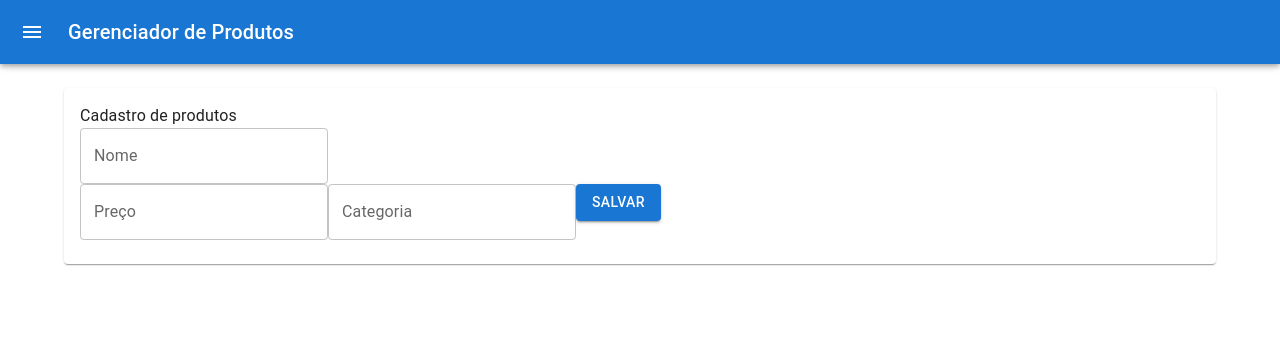
Repository: KennedyWanderson/crud-web
Page: /
These files come from the project's save history. The page is drawn as it stood at one moment and after a run of saves; the edit follows.
The browser window is 1280 px wide. The pictures show the whole page.
The project was rebuilt for these pictures with package versions that can differ from the ones it lists, and the page was loaded fresh each time. Also part of the build but not shown: src/Components/ProductList.js, src/Components/CategoryRegister.js, src/Components/CategotyList.js.

Above is the page before, as saved 2023-11-15 16:18:29.

After the next 7 saves:
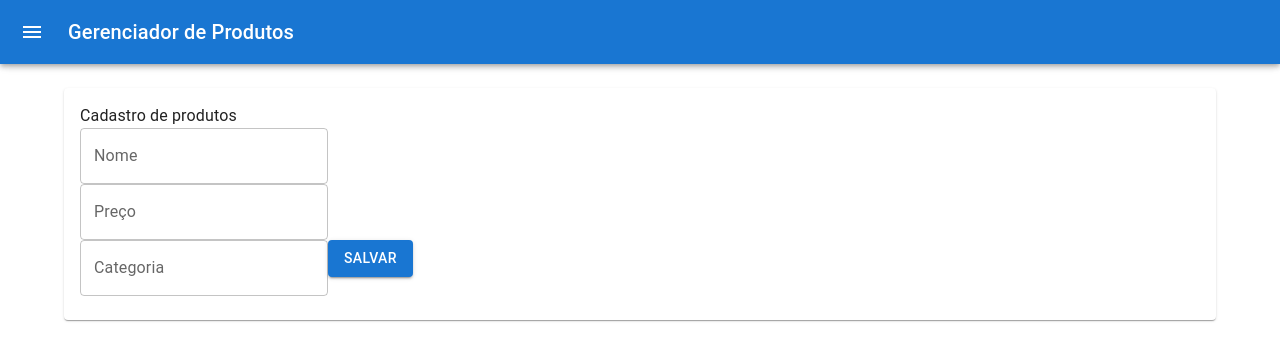
The 7 saves are shown as one change because they came seconds apart.
The last was saved 18 s later.
--- a/src/Components/ProductRegister.js
+++ b/src/Components/ProductRegister.js
@@ -1,7 +1,7 @@
 import { Card, CardContent, Button, TextField } from "@mui/material";
 import React from "react";
 
-function ProductRegister(props){
+function ProductRegister(props) {
     return (
         <Card>
             <CardContent>
@@ -11,8 +11,10 @@ function ProductRegister(props){
                         <TextField id="outlined-basic" label="Nome" variant="outlined" />
                     </div>
                     <div>
-                    <TextField id="outlined-basic" label="Preço" variant="outlined" />
-                        <TextField id="outlined-basic" label="Categoria" variant="outlined" />
+                        <TextField id="outlined-basic" label="Preço" variant="outlined" />
+                    </div>
+                    <div>
+                    <TextField id="outlined-basic" label="Categoria" variant="outlined" />
                         <Button variant="contained">Salvar</Button>
                     </div>
                 </div>
